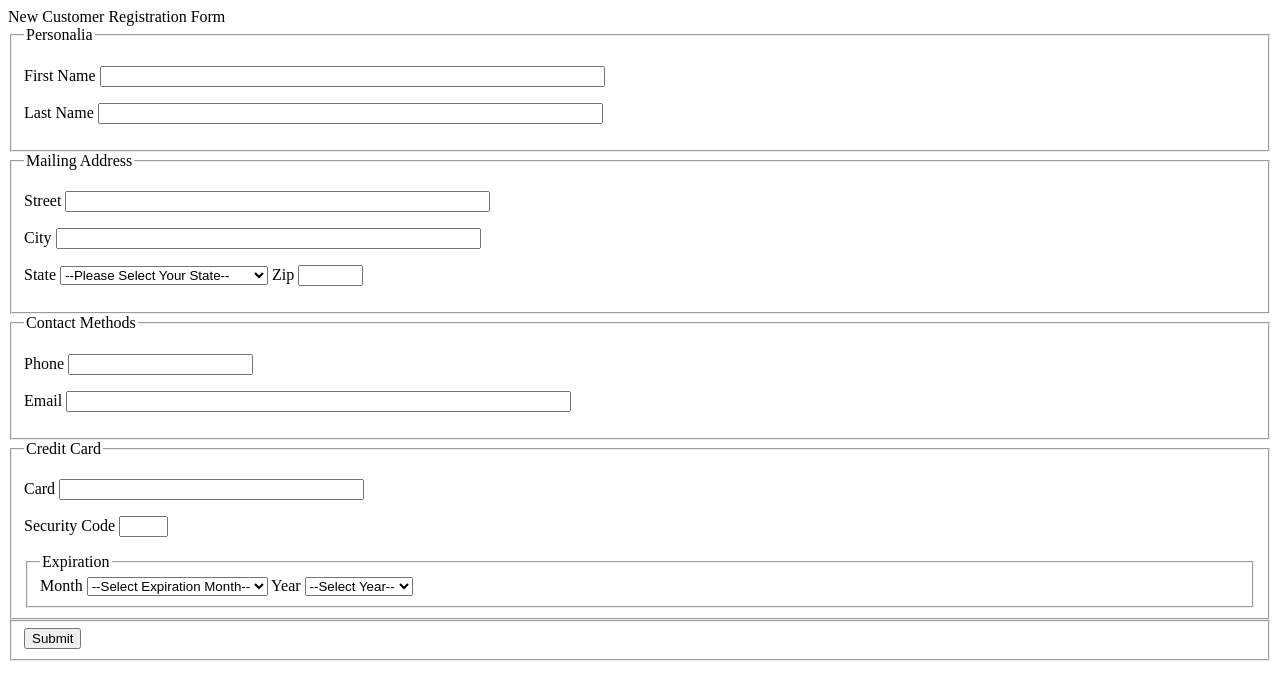
Repository: banjilawal/htdocs
Page: http://localhost/controls/new_customer-form.php
An editor plug-in stored every save of this project. The page is shown before and after the next save, followed by the edit.
The browser window is 1280 px wide. The pictures show the whole page.
The page is run by PHP 8.4 with error messages shown; the project is at /var/www/html/.

Above is the page before, as saved 2022-03-26 23:57:40.

### shop-0.01/controls/new_customer-form.php
<?php
    require('../models/customer.php');

    #$customer = new Customer();
?>

<!DOCTYPE html>
<html lang="en-us">
<head>
    <meta name="viewport" content="width=device-width, initial-scale=1.0">
    <!--<link rel="stylesheet" type="text/css" href="style.css" media=”screen"/> -->
    <!--<script type="text/javascript" src="script.js"></script> -->
    <!--<script type="text/php" src="script.php"></script> -->

    <title>New Customer Registration</title>
</head>

<body>
<header>
    <hi>New Customer Registration Form</hi>
</header>

<nav>
</nav>
<main>
    <form id='new-customer-form' name='new-customer-form' method="post">
        <fieldset><legend>Personalia</legend>
            <p>
                <label for='firstname'> First Name </label>
                <input type="text" id="firstname" name="firstname" minlength="2" maxlength="50" size="60" pattern="[A-Z]+" required>
            </p>
            <p>
                <label for="lastname"> Last Name </label>
                <input type="text" id="lastname" name="lastname" minlength="2" maxlength="50" size="60" pattern="[A-Z]+" required>
            </p>
        </fieldset>

        <fieldset><legend>Mailing Address</legend>
            <p>
                <label for="street">Street </label>
                <input type="text" id="street" name="street" minlength="2" maxlength="60" size="50" required>
            </p>
            <p>
                <label for="city">City </label>
                <input type="text" id="city" name="city" minlength="2" maxlength="70" size="50" required>
            </p>
            <p>
                <label for="state"> State </label>
                <select id="state" name="state" required>
                    <option value="" selected>--Please Select Your State--</option>
                    <option value="AL">Alabama</option>
                    <option value="AK">Alaska</option>
                    <option value="AS">American Samoa</option>
                    <option value="AZ">Arizona</option>
                    <option value="AR">Arkansas</option>
                    <option value="AA">Armed Forces Americas</option>
                    <option value="AE">Armed Forces Europe</option>
                    <option value="AP">Armed Forces Pacific</option>
                    <option value="CA">California</option>
                    <option value="CO">Colorado</option>
                    <option value="CT">Connecticut</option>
                    <option value="DE">Delaware</option>
                    <option value="DC">District of Columbia</option>
                    <option value="FM">Federated States of Micronesia</option>
                    <option value="FL">Florida</option>
                    <option value="GA">Georgia</option>
                    <option value="GU">Guam</option>
                    <option value="HI">Hawaii</option>
                    <option value="ID">Idaho</option>
                    <option value="IL">Illinois</option>
                    <option value="IN">Indiana</option>
                    <option value="IA">Iowa</option>
                    <option value="KS">Kansas</option>
                    <option value="KY">Kentucky</option>
                    <option value="LA">Louisiana</option>
                    <option value="ME">Maine</option>
                    <option value="MH">Marshall Islands</option>
                    <option value="MD">Maryland</option>
                    <option value="MA">Massachusetts</option>
                    <option value="MI">Michigan</option>
                    <option value="MN">Minnesota</option>
                    <option value="MS">Mississippi</option>
                    <option value="MO">Missouri</option>
                    <option value="MT">Montana</option>
                    <option value="NE">Nebraska</option>
                    <option value="NV">Nevada</option>
                    <option value="NH">New Hampshire</option>
                    <option value="NJ">New Jersey</option>
                    <option value="NM">New Mexico</option>
                    <option value="NY">New York</option>
                    <option value="NC">North Carolina</option>
                    <option value="ND">North Dakota</option>
                    <option value="MP">Northern Mariana Islands</option>
                    <option value="OH">Ohio</option>
                    <option value="OK">Oklahoma</option>
                    <option value="OR">Oregon</option>
                    <option value="PW">Palau</option>
                    <option value="PA">Pennsylvania</option>
                    <option value="PR">Puerto Rico</option>
                    <option value="RI">Rhode Island</option>
                    <option value="SC">South Carolina</option>
                    <option value="SD">South Dakota</option>
                    <option value="TN">Tennessee</option>
                    <option value="TX">Texas</option>
                    <option value="UT">Utah</option>
                    <option value="VT">Vermont</option>
                    <option value="VI">Virgin Islands</option>
                    <option value="VA">Virginia</option>
                    <option value="WA">Washington</option>
                    <option value="WV">West Virginia</option>
                    <option value="WI">Wisconsin</option>
                    <option value="WY">Wyoming</option>
                </select>

                <label for="zip"> Zip </label>
                <input type="text" id="zip" name="zip" maxlength="5" minlength="5" size="5" pattern="[0-9]{5}" required>
            </p>
        </fieldset>

        <fieldset><legend>Contact Methods</legend>
            <p>
                <label for="phone">Phone</label>
                <input type="tel">
            </p>

            <p>
                <label>Email</label>
                <input type="email" size="60" required>
            </p>
        </fieldset>

        <fieldset><legend>Credit Card</legend>
            <p>
                <label for="card">Card</label>
                <input type="text" id="card" name="card" minlength="15" maxlength="25" size="35">
            </p>

            <p>
                <label for="code">Security Code</label>
                <input id="code" name="code" type="text" minlength="3" maxlength="3" size="3" pattern="[0-9]{3}" required>
            </p>

            <fieldset><legend>Expiration</legend>
                <label for="month">Month</label>
                <select>
                    <option value="" select>--Select Expiration Month--</option>
                    <option value="1">January</option>
                    <option value="2">February</option>
                    <option value="3">March</option>
                    <option value="4">April</option>
                    <option value="5">May</option>
                    <option value="6">June</option>
                    <option value="7">July</option>
                    <option value="8">August</option>
                    <option value="9">September</option>
                    <option value="10">October</option>
                    <option value="11">November</option>
                    <option value="12">December</option>
                </select>

                <label for="year">Year</label>
                <select>
                    <option value="" select>--Select Year--</option>
                    <option value="22">22</option>
                    <option value="23">23</option>
                    <option value="24">24</option>
                    <option value="25">25</option>
                    <option value="26">26</option>
                    <option value="27">27</option>
                    <option value="28">28</option>
                    <option value="29">29</option>
                    <option value="00">30</option>
                    <option value="01">31</option>
                    <option value="02">32</option>
                    <option value="03">33</option>
                </select>
            </fieldset>
        </fieldset>

        <fieldset><l

        </fieldset>

        <input type="submit" value="Submit">
    </form>
</main>

<footer>
</footer>
</body>
<html>

### shop-0.01/models/customer.php
<?php
    #require_once('creditcard.php');
    require_once('address.php');
    require_once('phone.php');
    require_once('creditcard.php');

    class Customer {
        private $firstname;
        private $lastname;
        private $birthdate;
        private $phone;
        private $email;
        private $address;

        private $id;
        private $card;

        public function __construct($firstname, $lastname, $phone, $email, $address) {

            if (get_class($address) != 'PostalAddress') {
                throw new Exception("address is not of the correct type");
            }

            if (get_class($phone) != 'Phone') {
                throw new Exception("Not a valid phone number", 1);
            }

            $this->firstname = $firstname;
            $this->lastname = $lastname;
            #$this->birthdate = $birthdate;
            $this->phone = $phone;
            $this->email = $email;
            $this->address = $address;
        }

        public function get_firstname () { return $this->firstname; }
        public function get_lastname () { return $this->lastname; }
        public function get_birthdate () { return $this->birthdate; }
        public function get_phone () { return $this->phone; }
        public function get_email () { return $this->email; }
        public function get_address () { return $this->adddress; }

        public function set_firstname ($name) { $this->firstname = $name; }
        public function set_lastname ($name) { $this->lastname = $name; }
        public function set_birthdate ($date) { $this->birthdate = $date; }
        public function set_email ($email) { $this->email = $email; }

        public function set_phone ($phone) {
            if (get_class($phone) != 'Phone')
                throw new Exception("Not a valid phone number");

            $this->phone = $phone;
        }

        public function set_address ($address) {
            if (get_class($address) != 'PostalAddress')
                throw new Exception("address is not of the correct type");

            $this->address = $address;
        }

        public function set_card ($card) {
            if (get_class($card) != 'CreditCard')
                throw new Exception("Not a valid credit card");

            $this->card = $card;
        }

        public function set_id ($id) { $this->id = $id; }


        public function __toString() {
           $string = 'firstname: ' . $this->firstname . '<br>' . PHP_EOL;
           $string .= 'lastname: ' . $this->lastname . '<br>' . PHP_EOL;
          # $string .= 'birthdate: ' . $this->birthdate . '<br>' . PHP_EOL;
           $string .= 'phone: ' . $this->phone . '<br>' . PHP_EOL;
           $string .= 'email: ' . $this->email . '<br>' . PHP_EOL;
           $string .= 'address: ' . $this->address . '<br>' . PHP_EOL;
           $string .= 'card: ' . $this->card . '<br>' . PHP_EOL;

           return $string;
        }

    } // end class Customer

    $date = new ExpirationDate(11, 26);
    $code = new SecurityCode(352);
    $card = new CreditCard('5043-55422-2462-8632', $date, $code);
    #echo $card;

    $phone = new Phone('236', '155','1825');
    $address = new PostalAddress('11681 Theatre Drive North', 'Champlin', 'MN', '55316');

    $customer = new Customer('Hannia', 'Free', $phone, 'hannia-free@aim.com', $address);
    $customer->set_id('CN-38-VDL-M7');
    $customer->set_card($card);

 #   echo $customer;
?>

### shop-0.01/models/address.php
<?php
    class PostalAddress {
        private $street;
        private $city;
        private $state;
        private $zip;

        public function __construct($street, $city, $state, $zip) {
            $this->street = $street;
            $this->city = $city;
            $this->state = $state;
            $this->zip = $zip;
        }

        public function get_street () { return $this->street; }
        public function get_city () { return $this->city; }
        public function get_state () { return $this->state; }
        public function get_zip () { return $this->zip; }
        public function get_card () { return $this->card; }

        public function set_street ($street) { $this->street = $street; }
        public function set_city ($city) { $this->city = $city; }
        public function set_state ($state) { $this->state = $state; }
        public function set_zip ($zip) { $this->zip = $zip; }

        public function __toString () {
            return $this->street . ' ' . $this->city . ', ' . $this->state . ' ' . $this->zip;
        }

    } // end class StreetAddress
  #  $address = new PostalAddress('250 Turners Crossroad South', 'Golden Valley', 'MN', '55416');

  #  echo $address . '\n' .  gettype($address) . '\n' . get_class($address);
?>

### shop-0.01/models/phone.php
<?php
    class Phone {
        private $areaCode;
        private $exchange;
        private $number;

        public function __construct($areaCode, $exchange, $number) {
            if ($this->validate_code($areaCode) == 'fail') {
                throw new Exception("not a valid area code", 1);
            }

            if ($this->validate_code($exchange) == 'fail') {
                throw new Exception("not a valid phone exchange", 1);
            }

            if ($this->validate_number($number) == 'fail') {
                throw new Exception("not a valid extension", 1);
            }

            $this->areaCode = $areaCode;
            $this->exchange = $exchange;
            $this->number = $number;
        }

        public function get_street () { return $this->street; }
        public function get_city () { return $this->city; }
        public function get_state () { return $this->state; }
        public function get_zip () { return $this->zip; }
        public function get_card () { return $this->card; }

        public function set_area_code ($areaCode) {
            if ($this->validate_code($areaCode) == 'fail') {
                throw new Exception("not a valid area code", 1);
            }
            $this->areaCode = $areaCode;
        }

        public function set_exchange ($exchange) {
            if ($this->validate_code($exchange) == 'fail') {
                throw new Exception("not a valid phone exchange", 1);
            }
            $this->exchange = $exchange;
        }

        public function set_number ($number) {
            if ($this->validate_number($number) == 'fail') {
                throw new Exception("not a valid extension", 1);
            }
            $this->number = $number;
        }

        public function __toString () {
            return '(' . $this->areaCode . ') ' . $this->exchange . '-' . $this->number;
        }

        private function validate_code($var) {
            $result = 'fail';

            if (is_string($var)) {
                if ((is_numeric($var) && (strlen($var) == 3)))
                    $result = 'pass';
            }

            if (is_int($var)) {
                if (strlen((string)$var) == 3)
                    $result = 'pass';
            }

            return $result;
        }

        private function validate_number($var) {
            $result = 'fail';

            if (is_string($var)) {
                if ((is_numeric($var) && (strlen($var) == 4)))
                    $result = 'pass';
            }

            if (is_int($var)) {
                if (strlen((string)$var) == 4)
                    $result = 'pass';
            }

            return $result;
        }


    } // end class Phone
$phone = new Phone('340', 679, 8013);
#echo $phone;
?>

### shop-0.01/models/creditcard.php
<?php
    class ExpirationDate {
        private $month;
        private $year;

        public function __construct($month, $year) {
            if ($month < 1 || $month > 12) {
                throw new Exception("not a valid month");

            }

            if ($year < 0 || $year > 99) {
                throw new Exception("Not a valid expiration year");
            }

            $this->month = $month;
            $this->year = $year;
        }

        public function get_month () { return $this->month; }
        public function get_year () { return $this->year; }

        public function set_month ($number) {
            if ($number < 1 || $number> 12) {
                throw new Exception("not a valid expiration month");
            }
            $this->month = $number;
        }

        public function set_year ($number) {
            if ($number < 0 || $number> 99) {
                throw new Exception("not a valid expiration year");
            }
            $this->year = $number;
        }

        public function __toString() {
            return ($this->number_string($this->month) . '/' . $this->number_string($this->year));
          # return '[' . $this->month . ' ' . $this->year . ']';
          # return ('' . $this->get_month() . '/' . $this->get_year());
        }

        private function number_string($number) {
            $text = '' . $number;

            if ($number < 10) $text = '0' . $number;

            return $text;
        }
    } // end class ExpirationDate


    class SecurityCode {
        private $code;

        public function __construct($var) {
            if (is_numeric($var) == false)
                throw new Exception("security code is not a number");

            if (strlen((string)$var) != 3)
                throw new Exception("incorrect security code length");

            $this->code = $var;
        }

        public function get_code () { return $this->code; }

        public function __toString() {
            $text = '' . $this->code;
            return $text;
        }
    }

    class CreditCard {
        private $number;
        private $expiration;
        private $securityCode;

        public function __construct($number, $date, $code) {
            if (get_class($date) != 'ExpirationDate') {
                throw new Exception("date is not an expiration date");
            }

            if (get_class($code) != 'SecurityCode') {
                throw new Exception("code is not a valid credit card security code");
            }

            $this->number = $number;
            $this->expiration = $date;
            $this->securityCode = $code;
        }

        public function get_number () { return $this->number; }
        public function get_expiration () { return $this->expiration; }
        public function get_security_code () { return $this->securityCode; }

        public function set_number ($number) { $this->number = $number; }

        public function set_expiration ($date) {
            if (get_class($date) != 'ExpirationDate')
                throw new Exception("date is not an expiration date");

            $this->expiration = $date;
        }

        public function set_security_code ($code) {
            if (get_class($code) != 'SecurityCode')
                throw new Exception("code is not a valid credit card security code");

            $this->securityCode = $code;
        }

        public function __toString() {
            return 'number: ' . $this->number . ', expiration: ' . $this->expiration . ', security code: ' . $this->securityCode;
        }

        private function validate_number($var) {
            $result = 'fail';

            if (is_string($var)) {
                if ((is_numeric($var) && (strlen($var) == 3)))
                    $result = 'pass';
            }

            if (is_int($var)) {
                if (strlen((string)$var) == 3)
                    $result = 'pass';
            }

            return $result;
        }

        private function validate_securityCode($var) {
            $result = 'fail';

            if (is_string($var)) {
                if ((is_numeric($var) && (strlen($var) == 3)))
                    $result = 'pass';
            }

            if (is_int($var)) {
                if (strlen((string)$var) == 3)
                    $result = 'pass';
            }

            return $result;
        }
    } // end CreditCard class
?>

After the next save:
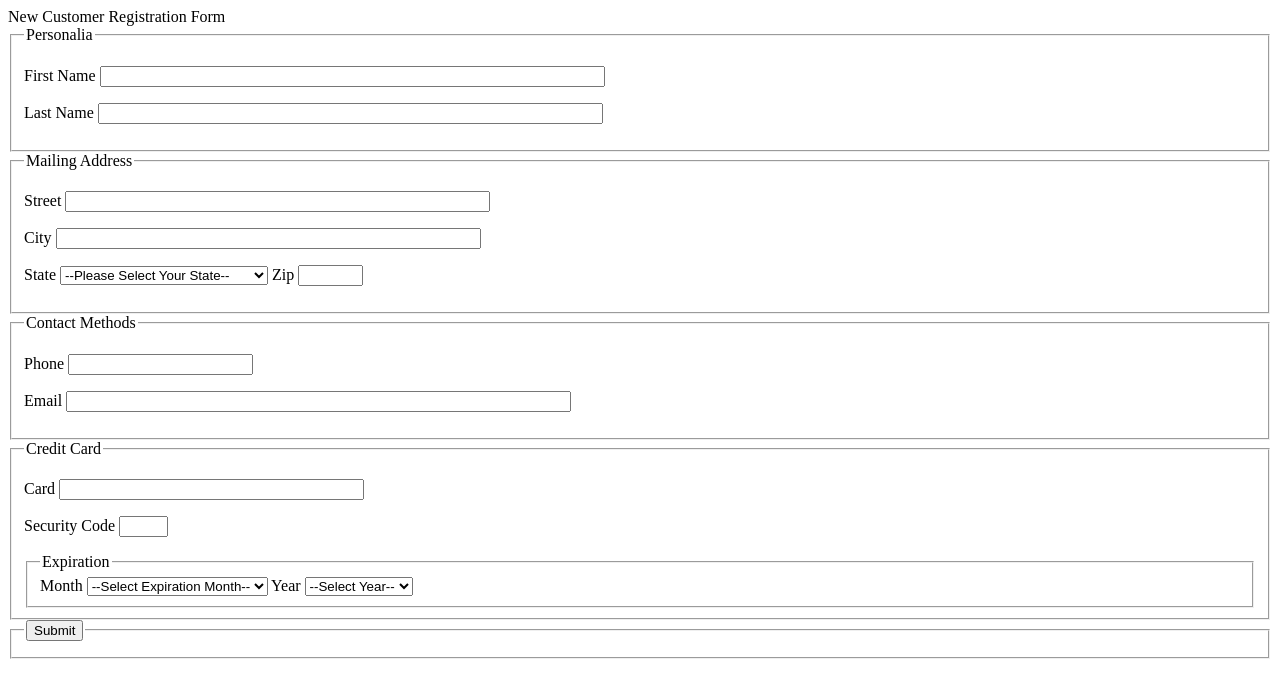
Saved 2 s later.
--- a/shop-0.01/controls/new_customer-form.php
+++ b/shop-0.01/controls/new_customer-form.php
@@ -177,7 +177,7 @@
             </fieldset>
         </fieldset>
 
-        <fieldset><l
+        <fieldset><legend
 
         </fieldset>
 
